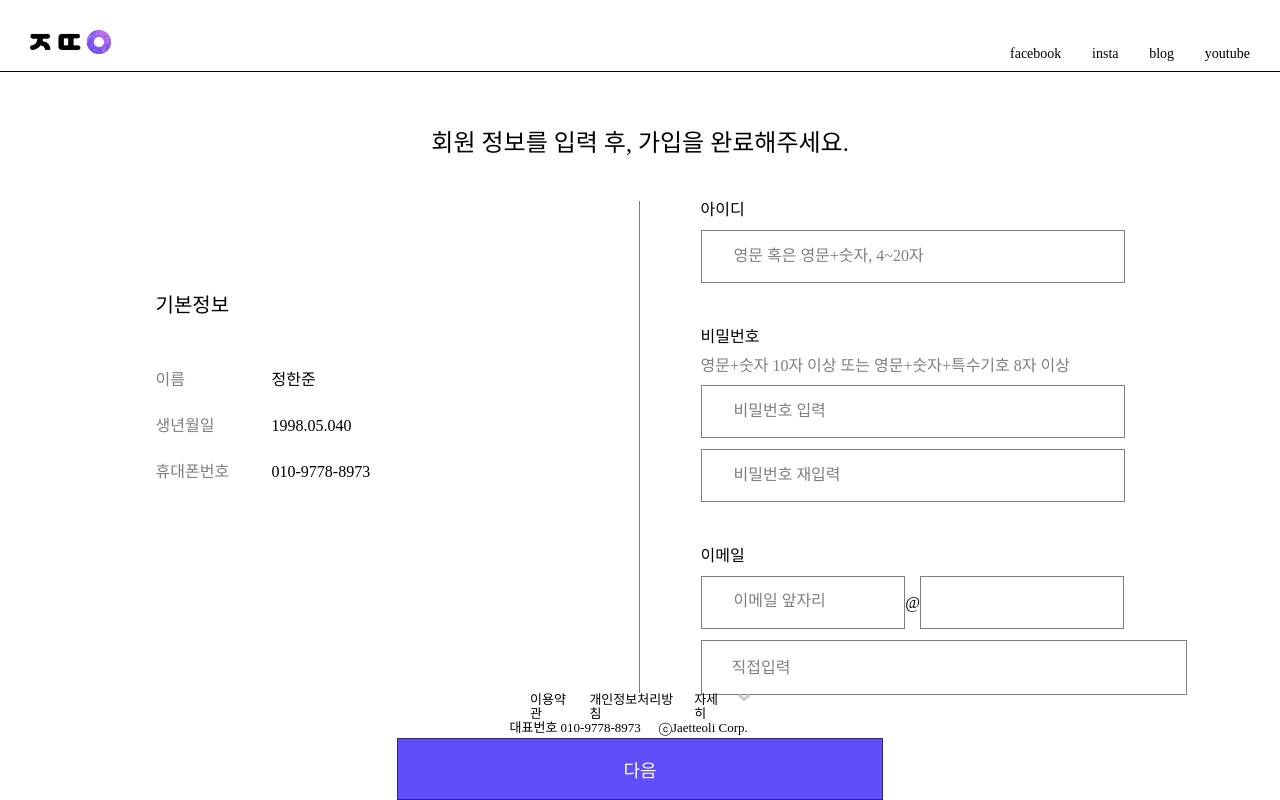
Repository: raoniee/Jaetteoli-React-Project
Page: /signup/begin
The author's editor kept a copy of each file at every save. The page is drawn from the files as they stood at one save, then again after the next save.
The browser window is 1280 px wide. The pictures show the whole page.
Some web fonts or font styles are not loaded; a fallback is used. The project was rebuilt for these pictures with package versions that can differ from the ones it lists, and the page was loaded fresh each time. Also part of the build but not shown: src/component/main/ManageReview.module.css, src/component/main/ReviewContainer.module.css, src/component/main/ReviewItem.module.css, src/component/main/ReviewItem.js, src/component/main/ReviewContainer.js, src/component/sidebar/SideBar.module.css, src/component/sidebar/SideBar.js, src/component/main/ManageReview.js and 53 more.

Above is the page before, as saved 2023-07-06 21:42:36.

After the next save:
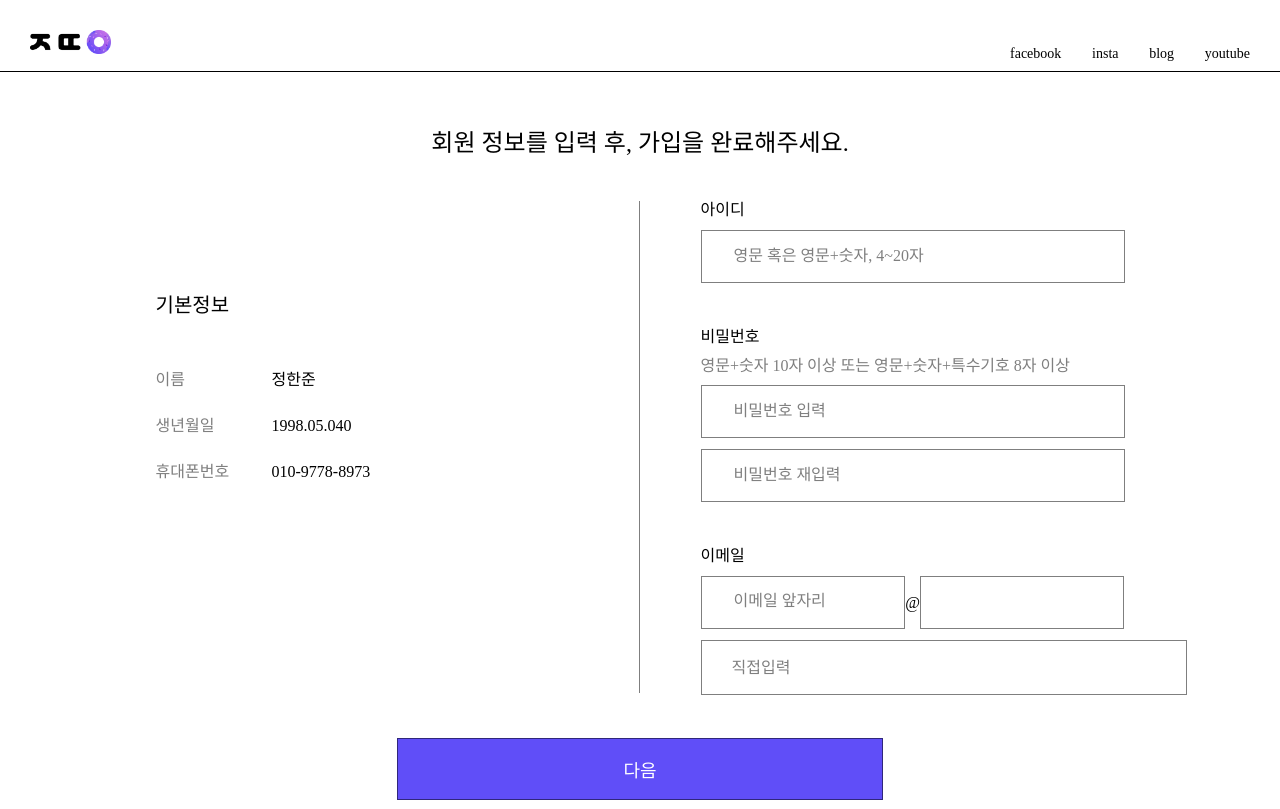
Saved 25 s later.
--- a/src/component/memberShip/MembershipInformation.module.css
+++ b/src/component/memberShip/MembershipInformation.module.css
@@ -21,6 +21,7 @@
   display: flex;
   /* justify-content: space-between; */
   width: 969px;
+  margin-bottom: 45px;
 }
 
 .left {
@@ -142,6 +143,6 @@
   background-color: rgba(96, 78, 248, 1);
   border: 1px solid rgba(0, 0, 0, 0.5);
   color: rgba(255, 255, 255, 1);
-  margin-top: 45px;
+  /* margin-top: 45px; */
   margin-bottom: 45px;
 }
